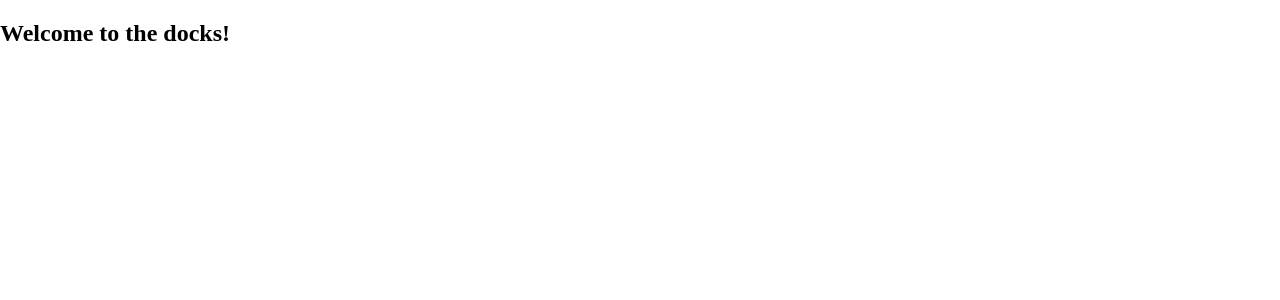
Repository: charliejp0311/java-final-proj
Page: dockWalk-frontend/index.html
The author's editor kept a copy of each file at every save. The page is drawn from the files as they stood at one save, then again after the next save.
The browser window is 1280 px wide. The pictures show the whole page.
The page's requests for data from a server got no answer.

Above is the page before, as saved 2020-08-27 15:44:32.

### dockWalk-frontend/index.html
<!DOCTYPE html>
<html lang="en" dir="ltr">
    <head>
        <meta charset="utf-8">
        <link rel="stylesheet" href="style.css">
        <title>Dock Walk</title>
    </head>
    <body id="dock">
    </body>
    <script type="application/javascript" src="src/index.js" charset="UTF-8"></script>
    <script type="application/javascript" src="src/dock.js" charset="UTF-8"></script>
</html>

### dockWalk-frontend/style.css
body {
    margin: 0;
    padding: 0;
}

header {
    background-color: #4caf50;
    margin: 0 auto;
    height: 50px;
}

header h2 {
    padding: 10px;
    margin: 0;
}

main {
    display: grid;
    grid-template-columns: 1fr;
    grid-template-rows: auto;
    grid-gap: 20px;
    padding-top: 10px;
    padding-bottom: 30px;
}

div.card {
    background-color: #eeeeee;
    height: 250px;
    width: 300px;
    box-shadow: 10px 10px grey;
    padding: 10px;
    border-radius: 10px;
}

p {
    font-size: 1.5em;
    color: black;
    font-family: Helvetica;
}

li {
    font-size: 1.05em;
    list-style: none;
    padding-right: 20px;
}

button {
    font-size: .65em;
    color: #fff;
    background-color: green;
    border-radius: 10px;
}

button.release {
    float: right;
    background-color: #E1332D;
}

@media only screen and (min-width: 500px) {
    main {
        grid-template-columns: 1fr 1fr;
    }
}

@media only screen and (min-width: 850px) {
    main {
        grid-template-columns: 1fr 1fr 1fr 1fr;
    }
}

### dockWalk-frontend/src/index.js
document.addEventListener("DOMContentLoaded", function () {
    let body = document.getElementById('dock')
    let title = document.createElement("h2")
    title.innerText = "Welcome to the docks!"
    body.appendChild(title)
    console.log(fetchDocks())
});

### dockWalk-frontend/src/dock.js
class Dock {
    constructor (section){
        this.section = section;
    }

}

let dockCard = (sec,ranges)=> {
    let body = document.getElementById('dock')
    let div = document.createElement('div')
    div.id = 'card'
    // div.addEventListener('click',sectionClick())
    div.innerText = sec.attributes.section
    let ul = document.createElement('ul')
    for (const rng of ranges) {
        let li = document.createElement('li')
        // li.addEventListener('click',rangeClick())
        li.innerText = rng.attributes.range
        ul.appendChild(li)
    }
    div.appendChild(ul)
    body.appendChild(div)
}


let displayDocks = (docks) => {
    let d = docks.data
    let r = docks.included
    for (const section of d) {
        let rngs = r.filter(rng=>rng.relationships.dock.data.id === section.id)
        dockCard(section,rngs)
    }
}

function fetchDocks() {
    return fetch('http://localhost:3000/docks')
    .then(resp => resp.json())
    .then(json=> displayDocks(json))
}

After the next save:
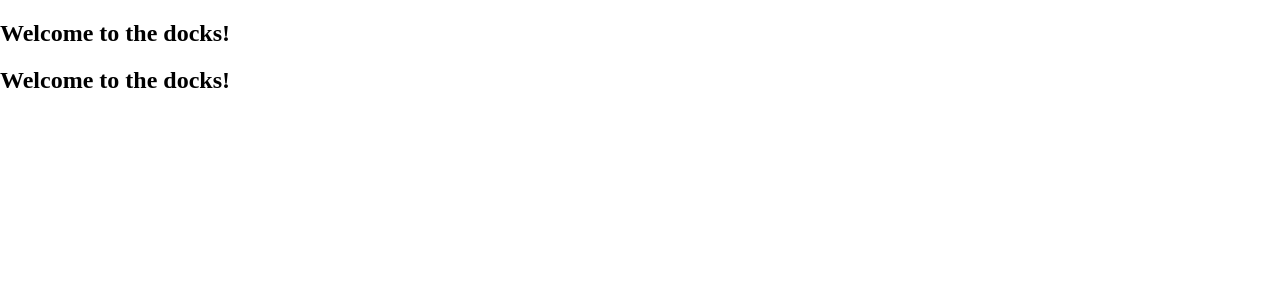
Saved 3 min 14 s later.
--- a/dockWalk-frontend/index.html
+++ b/dockWalk-frontend/index.html
@@ -6,6 +6,7 @@
         <title>Dock Walk</title>
     </head>
     <body id="dock">
+        <h2>Welcome to the docks!</h2>
     </body>
     <script type="application/javascript" src="src/index.js" charset="UTF-8"></script>
     <script type="application/javascript" src="src/dock.js" charset="UTF-8"></script>

After the save that followed:
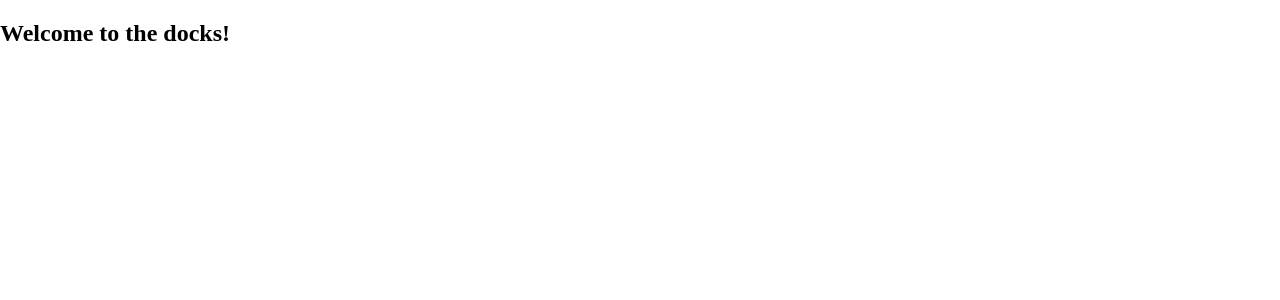
Saved 46 s later.
--- a/dockWalk-frontend/src/index.js
+++ b/dockWalk-frontend/src/index.js
@@ -1,7 +1,3 @@
 document.addEventListener("DOMContentLoaded", function () {
-    let body = document.getElementById('dock')
-    let title = document.createElement("h2")
-    title.innerText = "Welcome to the docks!"
-    body.appendChild(title)
-    console.log(fetchDocks())
+    fetchDocks()
 });
